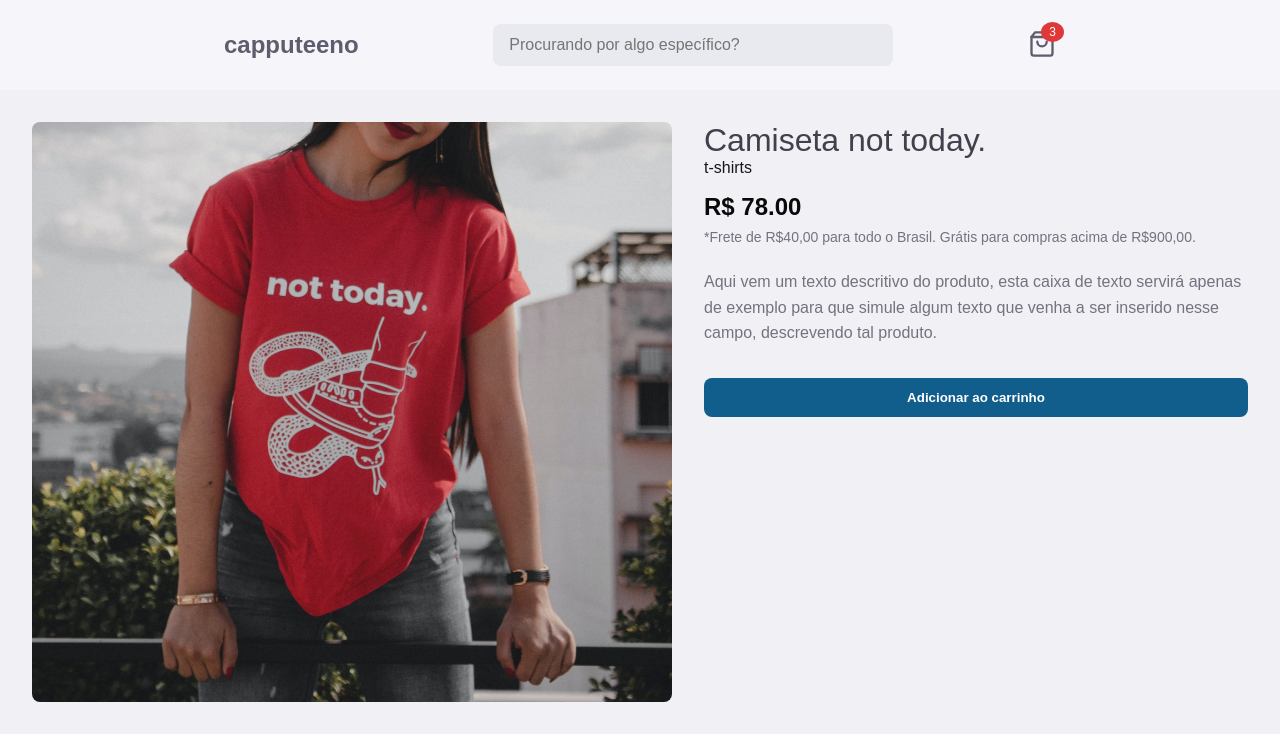
Repository: Biel-barbosa/capputeenoecomerce
Page: /product/1
An editor plug-in stored every save of this project. The page is shown before and after the next save, followed by the edit.
The browser window is 1280 px wide. The pictures show the whole page.
The project was rebuilt for these pictures with package versions that can differ from the ones it lists, and the page was loaded fresh each time. The framework's server and built-in components were replaced by stand-ins that run in the browser. Also part of the build but not shown: next.config.ts.

Above is the page before, as saved 2025-04-23 13:01:34.

### src/app/layout.tsx
import type { Metadata } from "next";
import { Geist, Geist_Mono } from "next/font/google";
import "./globals.css";


const geistSans = Geist({
  variable: "--font-geist-sans",
  subsets: ["latin"],
});

const geistMono = Geist_Mono({
  variable: "--font-geist-mono",
  subsets: ["latin"],
});

export const metadata: Metadata = {
  title: "Create Next App",
  description: "Generated by create next app",
};

export default function RootLayout({
  children,
}: Readonly<{
  children: React.ReactNode;
}>) {
  return (
    <html lang="en">
      <body className={`${geistSans.variable} ${geistMono.variable}`}>
        {children}
      </body>
    </html>
  );
}

### src/app/product/[id]/page.tsx
'use client';

import { useParams } from 'next/navigation';
import styled from 'styled-components';
import { products, Product } from '@/data/products';
import Header from '@/components/Header';

const PageWrapper = styled.div`
  background-color: #f0f0f5;
  min-height: 100vh; /* Garante que a altura mínima seja 100% da tela */
  display: flex;
  flex-direction: column;
`;

const Container = styled.div`
  max-width: 1440px;
  margin: 2rem auto;
  padding: 0 2rem;
  display: flex;
  gap: 2rem;
  flex-wrap: wrap;
  justify-content: space-between;
  flex: 1; /* Garante que esse container ocupe todo o espaço restante */
`;

const Image = styled.img`
  width: 100%;
  max-width: 640px;
  height: auto;
  object-fit: cover;
  border-radius: 8px;
  background: #f3f3f3;
`;

const Info = styled.div`
  display: flex;
  flex-direction: column;
  justify-content: flex-start;
  max-width: 600px;
  flex: 1;
  text-color: #41414D;
`;

const Title = styled.h1`
  font-size: 2rem;
  font-weight: 500;
  color: #41414D;
`;

const Description = styled.p`
  margin-top: 1.5rem;
  color: #737380;
  line-height: 1.6;
`;

const Price = styled.strong`
  font-size: 1.5rem;
  color: #09090a;
  margin-top: 1rem;
`;

const Freight = styled.span`
  margin-top: 0.5rem;
  font-size: 0.875rem;
  color: #737380;
`;

const Button = styled.button`
  margin-top: 2rem;
  padding: 0.75rem 1rem;
  background-color: #115d8c;
  color: white;
  font-weight: bold;
  border: none;
  border-radius: 8px;
  cursor: pointer;
  transition: background 0.2s ease;

  &:hover {
    background-color: #0d4c74;
  }
`;

export default function ProductDetailPage() {
    const params = useParams();
    const id = typeof params.id === 'string' ? params.id : '';
    const product = products.find((p: Product) => p.id === id);

    if (!product) return <div>Produto não encontrado.</div>;

    const handleAddToCart = () => {
        const cart = JSON.parse(localStorage.getItem('cart') || '[]');
        const updatedCart = [...cart, product];
        localStorage.setItem('cart', JSON.stringify(updatedCart));
        alert('Produto adicionado ao carrinho!');
    };

    return (
        <PageWrapper>
            <Header />
            <Container>
                <Image src={product.image} alt={product.title} />
                <Info>
                    <Title>{product.title}</Title>
                    <span>{product.category}</span>
                    <Price>R$ {product.price.toFixed(2)}</Price>
                    <Freight>
                        *Frete de R$40,00 para todo o Brasil. Grátis para compras acima de R$900,00.
                    </Freight>
                    <Description>
                        Aqui vem um texto descritivo do produto, esta caixa de texto servirá apenas de exemplo
                        para que simule algum texto que venha a ser inserido nesse campo, descrevendo tal produto.
                    </Description>
                    <Button onClick={handleAddToCart}>
                        Adicionar ao carrinho
                    </Button>
                </Info>
            </Container>
        </PageWrapper>
    );
}

### src/data/products.ts
export type Product = {
    id: string;
    title: string;
    image: string;
    price: number;
    category: 't-shirts' | 'mugs';
    description: string;
    createdAt: Date;
    sales: number;
};

export const products: Product[] = [
    {
        id: '1',
        title: 'Camiseta not today.',
        image: '/images/Camiseta-not-today.jpg',
        price: 78.0,
        category: 't-shirts',
        description: 'Aqui vem um texto descritivo do produto, esta caixa de texto servirá apenas de exemplo para que simule algum texto que venha a ser inserido nesse campo, descrevendo tal produto.',
        createdAt: new Date('2024-03-01'),
        sales: 30,
    },
    {
        id: '2',
        title: 'Caneca rústica',
        image: '/images/Caneca-ceramica-rustica.jpg',
        price: 40.0,
        category: 'mugs',
        description: 'Aqui vem um texto descritivo do produto, esta caixa de texto servirá apenas de exemplo para que simule algum texto que venha a ser inserido nesse campo, descrevendo tal produto.',
        createdAt: new Date('2024-04-10'),
        sales: 80,
    },
    {
        id: '3',
        title: 'Camiseta Broken Saints',
        image: '/images/Camiseta-broken-saints.jpg',
        price: 58.0,
        category: 't-shirts',
        description: 'Aqui vem um texto descritivo do produto, esta caixa de texto servirá apenas de exemplo para que simule algum texto que venha a ser inserido nesse campo, descrevendo tal produto.',
        createdAt: new Date('2024-01-15'),
        sales: 45,
    },
    {
        id: '4',
        title: 'Caneca Black Ring',
        image: '/images/Caneca-Black-Ring.jpg',
        price: 32.0,
        category: 'mugs',
        description: 'Aqui vem um texto descritivo do produto, esta caixa de texto servirá apenas de exemplo para que simule algum texto que venha a ser inserido nesse campo, descrevendo tal produto.',
        createdAt: new Date('2024-02-20'),
        sales: 60,
    },
    {
        id: '5',
        title: 'Camiseta Outcast',
        image: '/images/Camiseta-outcast.jpg',
        price: 89.9,
        category: 't-shirts',
        description: 'Aqui vem um texto descritivo do produto, esta caixa de texto servirá apenas de exemplo para que simule algum texto que venha a ser inserido nesse campo, descrevendo tal produto.',
        createdAt: new Date('2024-04-05'),
        sales: 50,
    },
    {
        id: '6',
        title: 'Caneca The Grounds',
        image: '/images/Caneca-The-Grounds.jpg',
        price: 85.0,
        category: 'mugs',
        description: 'Aqui vem um texto descritivo do produto, esta caixa de texto servirá apenas de exemplo para que simule algum texto que venha a ser inserido nesse campo, descrevendo tal produto.',
        createdAt: new Date('2024-03-10'),
        sales: 75,
    },
    {
        id: '7',
        title: 'Camiseta evening',
        image: '/images/Camiseta-evening.jpg',
        price: 69.9,
        category: 't-shirts',
        description: 'Aqui vem um texto descritivo do produto, esta caixa de texto servirá apenas de exemplo para que simule algum texto que venha a ser inserido nesse campo, descrevendo tal produto.',
        createdAt: new Date('2024-03-11'),
        sales: 62,
    },
    {
        id: '8',
        title: 'Caneca preto fosco',
        image: '/images/Caneca-preto-fosco.jpg',
        price: 28.0,
        category: 'mugs',
        description: 'Aqui vem um texto descritivo do produto, esta caixa de texto servirá apenas de exemplo para que simule algum texto que venha a ser inserido nesse campo, descrevendo tal produto.',
        createdAt: new Date('2024-03-12'),
        sales: 58,
    },
    {
        id: '9',
        title: 'Caneca Never settle',
        image: '/images/Caneca-Never-settle.jpg',
        price: 43.0,
        category: 'mugs',
        description: 'Aqui vem um texto descritivo do produto, esta caixa de texto servirá apenas de exemplo para que simule algum texto que venha a ser inserido nesse campo, descrevendo tal produto.',
        createdAt: new Date('2024-03-13'),
        sales: 54,
    },
    {
        id: '10',
        title: 'Caneca Rocketseat',
        image: '/images/Caneca-Decaf!-P&Co.jpg',
        price: 59.9,
        category: 'mugs',
        description: 'Aqui vem um texto descritivo do produto, esta caixa de texto servirá apenas de exemplo para que simule algum texto que venha a ser inserido nesse campo, descrevendo tal produto.',
        createdAt: new Date('2024-03-14'),
        sales: 48,
    },
    {
        id: '11',
        title: 'Camiseta DREAMER',
        image: '/images/Camiseta-DREAMER.jpg',
        price: 55.0,
        category: 't-shirts',
        description: 'Aqui vem um texto descritivo do produto, esta caixa de texto servirá apenas de exemplo para que simule algum texto que venha a ser inserido nesse campo, descrevendo tal produto.',
        createdAt: new Date('2024-03-15'),
        sales: 52,
    },
    {
        id: '12',
        title: 'Caneca Decaf! P&Co',
        image: '/images/Caneca-Decaf!-P&Co.jpg',
        price: 32.0,
        category: 'mugs',
        description: 'Aqui vem um texto descritivo do produto, esta caixa de texto servirá apenas de exemplo para que simule algum texto que venha a ser inserido nesse campo, descrevendo tal produto.',
        createdAt: new Date('2024-03-16'),
        sales: 70,
    },
    {
        id: '13',
        title: 'Camiseta javaScript',
        image: '/images/Camiseta-not-today.jpg',
        price: 13.0,
        category: 't-shirts',
        description: 'Aqui vem um texto descritivo do produto, esta caixa de texto servirá apenas de exemplo para que simule algum texto que venha a ser inserido nesse campo, descrevendo tal produto.',
        createdAt: new Date('2024-03-16'),
        sales: 70,
    },
    {
        id: '14',
        title: 'Caneca phyton',
        image: '/images/Caneca-Black-Ring.jpg',
        price: 22.0,
        category: 'mugs',
        description: 'Aqui vem um texto descritivo do produto, esta caixa de texto servirá apenas de exemplo para que simule algum texto que venha a ser inserido nesse campo, descrevendo tal produto.',
        createdAt: new Date('2024-03-16'),
        sales: 70,
    },
];

export function getProductById(id: string) {
    return products.find((product) => product.id === id);
}

### src/components/Header.tsx
'use client';
import styled from 'styled-components';
import { FiShoppingBag } from 'react-icons/fi';

type HeaderProps = {
  onSearch?: (value: string) => void;
};

const HeaderContainer = styled.header`
  width: 100%;
  padding: 1.5rem 14rem;
  display: flex;
  align-items: center;
  justify-content: space-between;
  background-color: #f5f5fa;
  flex-wrap: wrap;
  gap: 1rem;
`;

const Logo = styled.h1`
  font-size: 1.5rem;
  font-weight: 600;
  color: #5d5d6d;
`;

const SearchInput = styled.input`
  flex: 1;
  max-width: 400px;
  margin: 0 2rem;
  padding: 0.75rem 1rem;
  border: none;
  border-radius: 8px;
  background: #e9e9f0;
  font-size: 1rem;
  color: #737380;

  &:focus {
    outline: 2px solid #115d8c;
  }

  @media (max-width: 768px) {
    margin: 0;
    width: 100%;
    order: 3;
  }
`;

const CartButton = styled.button`
  position: relative;
  background: none;
  border: none;
  cursor: pointer;

  svg {
    font-size: 1.75rem;
    color: #5d5d6d;
  }
`;

const CartCount = styled.span`
  position: absolute;
  top: -8px;
  right: -8px;
  background-color: #de3838;
  color: white;
  border-radius: 50%;
  font-size: 0.75rem;
  padding: 0.25rem 0.5rem;
  line-height: 1;
`;

const Header = ({ onSearch }: HeaderProps) => {
  const cartItemCount = 3; // Trocar por dados reais depois

  return (
    <HeaderContainer>
      <Logo>capputeeno</Logo>

      <SearchInput
        type="text"
        placeholder="Procurando por algo específico?"
        onChange={(e) => onSearch?.(e.target.value)}
      />

      <CartButton>
        <FiShoppingBag />
        <CartCount>{cartItemCount}</CartCount>
      </CartButton>
    </HeaderContainer>
  );
};

export default Header;

Loaded but not shown: src/app/globals.css (common file)

After the next save:
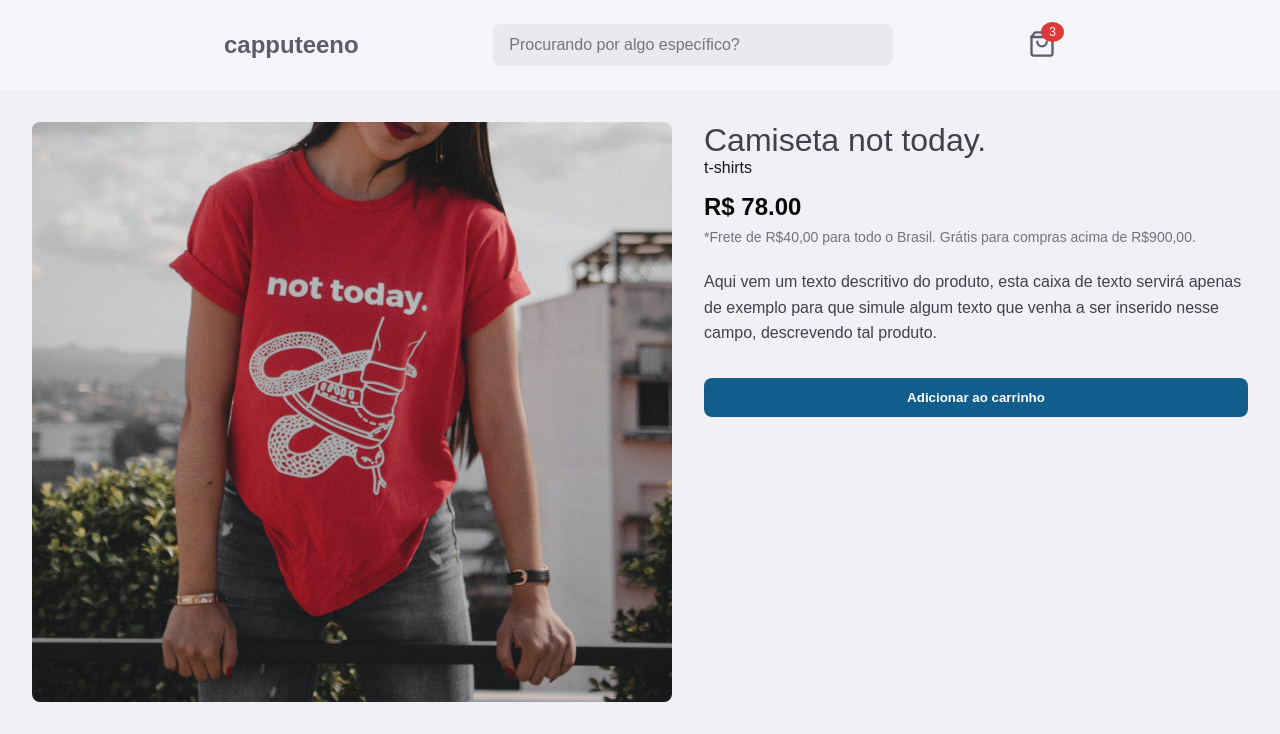
Saved 22 s later.
--- a/src/app/product/[id]/page.tsx
+++ b/src/app/product/[id]/page.tsx
@@ -49,7 +49,7 @@ const Title = styled.h1`
 
 const Description = styled.p`
   margin-top: 1.5rem;
-  color: #737380;
+  color: #41414D;
   line-height: 1.6;
 `;
 
